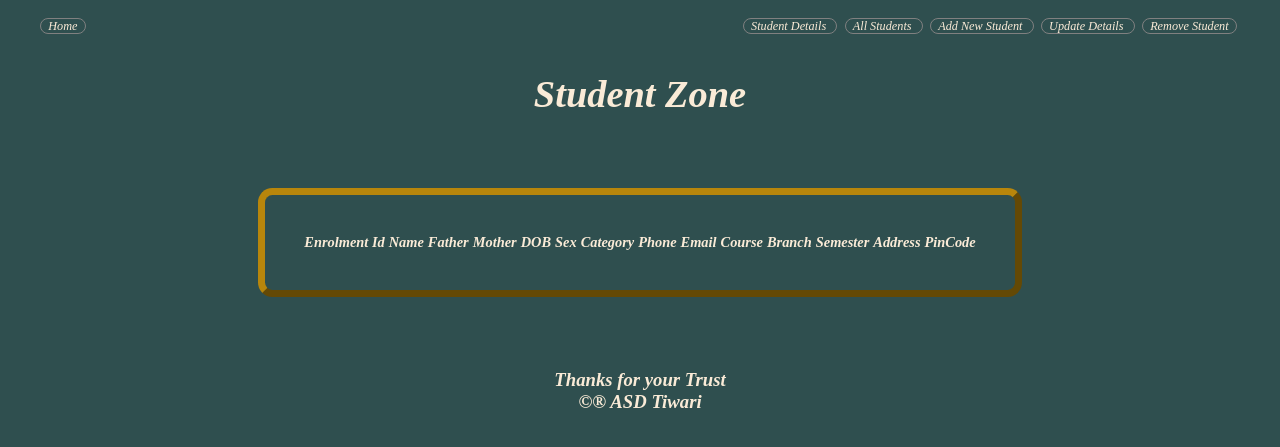
Repository: asdtiwari/Practice
Page: http://localhost/showAllInfo
These files come from the project's save history. The page is drawn as it stood at one moment and after the next save; the edit follows.
The browser window is 1280 px wide. The pictures show the whole page.
The page is this project's Thymeleaf template; nobody is signed in. The template is opened directly, without the code that normally fills it, so the values that code supplies are empty.

Above is the page before, as saved 2023-11-17 03:21:29.

### DiwaliProjectSTS/studentZone/src/main/resources/templates/showAllInfo.html
<!DOCTYPE html>
<html lang="en">
    <head>
        <meta charset="UTF-8">
        <meta name="viewport" content="width-device-width, initial-scale=1.0">

        <title> Students Details </title>

        <style>
            .body{
                background-color: darkslategrey;
                color: antiquewhite;
                font-family: cursive;
                font-style: oblique;
            }

            .a{
                text-decoration: none;
                color: antiquewhite;
            }

            .nav{
                position: fixed;
                top: 0vh;
                right: 5vh;
                text-align: right;
            }

            .home{
                position: fixed;
                top: 0vh;
                text-align: left;
                left: 0vh;
            }

            .nav_li{
                display: inline;
                border: solid 0.1vh grey;
                border-radius: 5vh;
                margin-right: 1vh;
                padding-left: 1vh;
                padding-right: 1vh;
                padding-top: 0vh;
                font-size: 1.7vh;
            }

            .nav_li:hover{
                background-color: darkgoldenrod;
                border: solid 0.5vh whitesmoke;
                font-size: 110%
            }

            .nav_a:hover{
                color: black;
            }

            .header{
                margin-top: 10vh;
                width: 100%;
                text-align: center;
            }

            .header:hover{
                color: darkgoldenrod;
            }

            .table{
                border: outset 1vh darkgoldenrod;
                border-radius: 2vh;
                margin-top: 10vh;
                margin-bottom: 10vh;
                padding: 5vh;
                font-size: 2vh;
            }

            .table:hover{
                border-style: inset;
            }

            .ul{
                list-style-type: none;
            }

            .tr:hover{
                background-color: coral;
            }

            .td{
                padding-left: 2vh;
                padding-right: 2vh;
            }

            .footer{
                bottom: 0px;
                width: 100%;
                text-align: center;
            }

            .footer:hover{
                color: darkgoldenrod;
            }
        </style>
    </head>

    <body class="body">
        <ul class="home">
            <li class="nav_li"> <a class="nav_a a" href="/student/index" method="get"> Home </a> </li>
        </ul>

        <ul class="nav">
			<li class="nav_li"> <a class="nav_a a" href="/student/viewInfo" method="get" > Student Details </a> </li>
			<li class="nav_li"> <a class="nav_a a" href="/student/showAllInfo" method="get"> All Students </a> </li>
			<li class="nav_li"> <a class="nav_a a" href="/student/register" method="get"> Add New Student </a> </li>
			<li class="nav_li"> <a class="nav_a a" href="/student/update" method="get"> Update Details </a> </li>
			<li class="nav_li"> <a class="nav_a a" href="/student/remove" method="get"> Remove Student </a> </li>
		</ul>

        <center> <big> <h1 class="header"> Student Zone </h1> </big> </center>

        <center>
            <form>
                <table class="table">
                    <tr class="tr">
                        <th class="th"> Enrolment Id </th>
                        <th class="th"> Name </th>
                        <th class="th"> Father </th>
                        <th class="th"> Mother </th>
                        <th class="th"> DOB </th>
                        <th class="th"> Sex </th>
                        <th class="th"> Category </th>
                        <th class="th"> Phone </th>
                        <th class="th"> Email </th>
                        <th class="th"> Course </th>
                        <th class="th"> Branch </th>
                        <th class="th"> Semester </th>
                        <th class="th"> Address </th>
                        <th class="th"> PinCode </th>
                    </tr>

                    <tr class="tr" th:each="list : ${sList}">
                        <td class="td" th:text="${list.id}"></td>
                        <td class="td" th:text="${list.name}"> </td>
                        <td class="td" th:text="${list.father}"> </td>
                        <td class="td" th:text="${list.mother}"> </td>
                        <td class="td" th:text="${list.dob}"> </td>
                        <td class="td" th:text="${list.sex}"> </td>
                        <td class="td" th:text="${list.category}"> </td>
                        <td class="td" th:text="${list.phone}"> </td>
                        <td class="td" th:text="${list.email}"> </td>
                        <td class="td" th:text="${list.course}"> </td>
                        <td class="td" th:text="${list.branch}"> </td>
                        <td class="td" th:text="${list.semester}"> </td>
                        <td class="td" th:text="${list.address}"> </td>
                        <td class="td" th:text="${list.pin}"> </td>
                    </tr>
                </table>
            </form>
        </center>

        <h3 class = "footer"> Thanks for your Trust <br> <a class="a nav_a" href="https://in.linkedin.com/in/asdtiwari/"> ©® ASD Tiwari </a> </h3>
    </body>
</html>

After the next save:
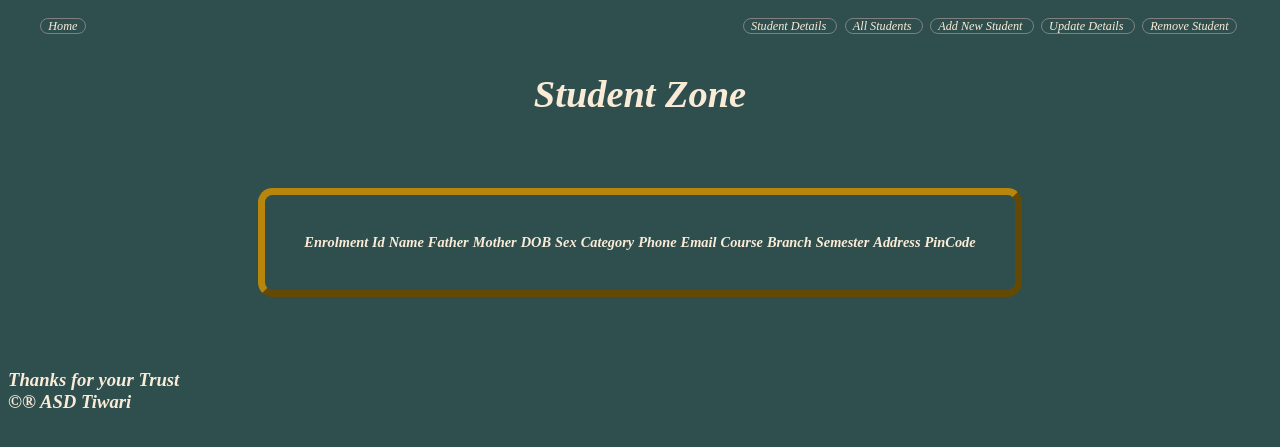
Saved 53 s later.
--- a/DiwaliProjectSTS/studentZone/src/main/resources/templates/showAllInfo.html
+++ b/DiwaliProjectSTS/studentZone/src/main/resources/templates/showAllInfo.html
@@ -92,8 +92,6 @@
 
             .footer{
                 bottom: 0px;
-                width: 100%;
-                text-align: center;
             }
 
             .footer:hover{

After the save that followed:
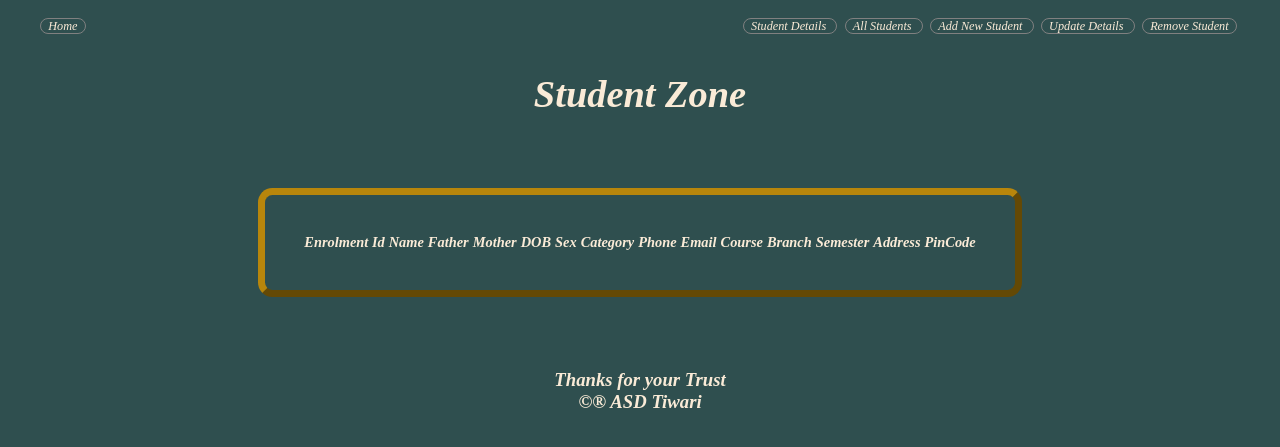
Saved 9 s later.
--- a/DiwaliProjectSTS/studentZone/src/main/resources/templates/showAllInfo.html
+++ b/DiwaliProjectSTS/studentZone/src/main/resources/templates/showAllInfo.html
@@ -92,6 +92,8 @@
 
             .footer{
                 bottom: 0px;
+                width: 100%;
+                text-align: center;
             }
 
             .footer:hover{
